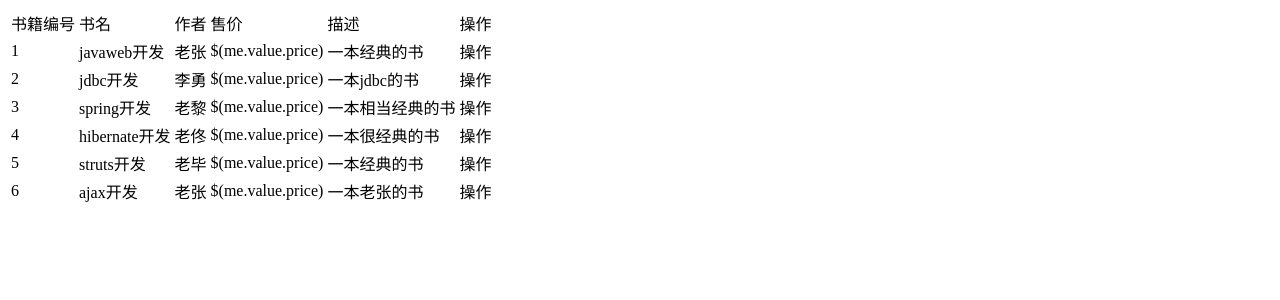
Repository: wsws1996/myproject
Page: http://localhost/day10/servlet/ListBookServlet
These files come from the project's save history. The page is drawn as it stood at one moment and after the next save; the edit follows.
The browser window is 1280 px wide. The pictures show the whole page.
The page is served by Tomcat 9. Other server files are loaded and not shown.

Above is the page before, as saved 2015-11-22 05:25:10.

### java/workspace/day10/WebRoot/WEB-INF/jsp/listbook.jsp
<%@ page language="java" import="java.util.*" pageEncoding="UTF-8"%>
<%@taglib uri="http://java.sun.com/jstl/core_rt" prefix="c"%>

<!DOCTYPE HTML PUBLIC "-//W3C//DTD HTML 4.01 Transitional//EN">
<html>
<head>

<title>书籍列表</title>

</head>

<body>

	<table>
		<tr>
			<td>书籍编号</td>
			<td>书名</td>
			<td>作者</td>
			<td>售价</td>
			<td>描述</td>
			<td>操作</td>
		</tr>
		<c:forEach var="me" items="${map }">
			<tr>
				<td>${me.key }</td>
				<td>${me.value.name }</td>
				<td>${me.value.author }</td>
				<td>$(me.value.price)</td>
				<td>${me.value.description }</td>
				<td>操作</td>
			</tr>
		</c:forEach>
	</table>
</body>
</html>

### java/workspace/day10/src/cn/wang/web/controller/ListBookServlet.java
package cn.wang.web.controller;

import java.io.IOException;
import java.util.Map;

import javax.servlet.ServletException;
import javax.servlet.http.HttpServlet;
import javax.servlet.http.HttpServletRequest;
import javax.servlet.http.HttpServletResponse;

import cn.wang.service.BusinessService;

public class ListBookServlet extends HttpServlet {

	/**
	 * Destruction of the servlet. <br>
	 */
	public void destroy() {
		super.destroy(); // Just puts "destroy" string in log
		// Put your code here
	}

	public void doGet(HttpServletRequest request, HttpServletResponse response)
			throws ServletException, IOException {
		BusinessService service = new BusinessService();
		Map map = service.getAllBook();
		request.setAttribute("map", map);
		request.getRequestDispatcher("/WEB-INF/jsp/listbook.jsp").forward(request, response);
	}

	public void doPost(HttpServletRequest request, HttpServletResponse response)
			throws ServletException, IOException {

		doGet(request, response);
	}

	/**
	 * Initialization of the servlet. <br>
	 *
	 * @throws ServletException
	 *             if an error occurs
	 */
	public void init() throws ServletException {
		// Put your code here
	}

}

### java/workspace/day10/src/cn/wang/service/BusinessService.java
package cn.wang.service;

import java.util.Map;

import cn.wang.dao.BookDao;

public class BusinessService {
	BookDao dao = new BookDao();

	public Map getAllBook() {
		return dao.getAll();
	}

}

### java/workspace/day10/src/cn/wang/dao/BookDao.java
package cn.wang.dao;

import java.util.Map;

import cn.wang.db.MyDb;
import cn.wang.domain.Book;

public class BookDao {
	public Map getAll() {
		return MyDb.getAll();
	}

	public Book find(String id) {
		return (Book) MyDb.getAll().get(id);
	}
}

### java/workspace/day10/src/cn/wang/db/MyDb.java
package cn.wang.db;

import java.util.LinkedHashMap;
import java.util.Map;

import cn.wang.domain.Book;

public class MyDb {
	private static Map<String, Book> map = new LinkedHashMap();
	static {
		map.put("1", new Book("1", "javaweb开发", "老张", 20, "一本经典的书"));
		map.put("2", new Book("2", "jdbc开发", "李勇", 30, "一本jdbc的书"));
		map.put("3", new Book("3", "spring开发", "老黎", 50, "一本相当经典的书"));
		map.put("4", new Book("4", "hibernate开发", "老佟", 56, "一本很经典的书"));
		map.put("5", new Book("5", "struts开发", "老毕", 40, "一本经典的书"));
		map.put("6", new Book("6", "ajax开发", "老张", 50, "一本老张的书"));
	}
	public static Map getAll() {
		return map;

	}
}

### java/workspace/day10/src/cn/wang/domain/Book.java
package cn.wang.domain;

public class Book {

	public Book() {
		super();
		// TODO Auto-generated constructor stub
	}

	public Book(String id, String name, String author, double price,
			String description) {
		super();
		this.id = id;
		this.name = name;
		this.author = author;
		this.price = price;
		this.description = description;
	}

	private String id;
	private String name;
	private String author;
	private double price;
	private String description;

	public String getId() {
		return id;
	}

	public void setId(String id) {
		this.id = id;
	}

	public String getName() {
		return name;
	}

	public void setName(String name) {
		this.name = name;
	}

	public String getAuthor() {
		return author;
	}

	public void setAuthor(String author) {
		this.author = author;
	}

	public double getPrice() {
		return price;
	}

	public void setPrice(double price) {
		this.price = price;
	}

	public String getDescription() {
		return description;
	}

	public void setDescription(String description) {
		this.description = description;
	}
}

After the next save:
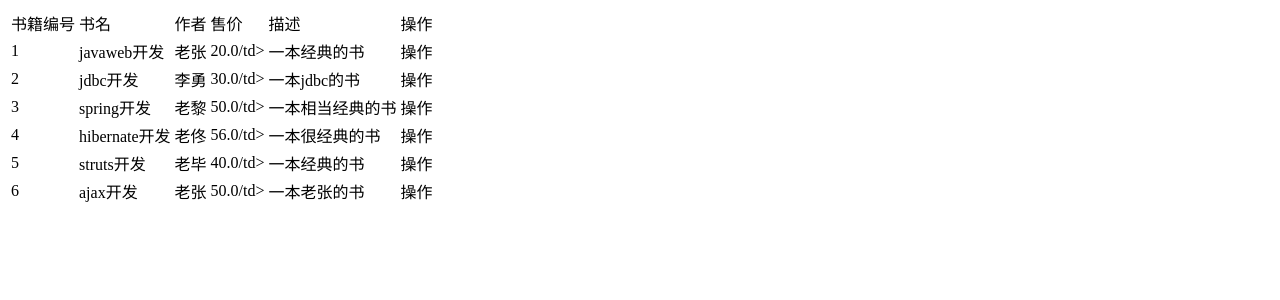
Saved 24 s later.
--- a/java/workspace/day10/WebRoot/WEB-INF/jsp/listbook.jsp
+++ b/java/workspace/day10/WebRoot/WEB-INF/jsp/listbook.jsp
@@ -25,8 +25,8 @@
 				<td>${me.key }</td>
 				<td>${me.value.name }</td>
 				<td>${me.value.author }</td>
-				<td>$(me.value.price)</td>
-				<td>${me.value.description }</td>
+				<td>${ me.value.price}/td>
+				<td>${me.value.description}</td>
 				<td>操作</td>
 			</tr>
 		</c:forEach>
